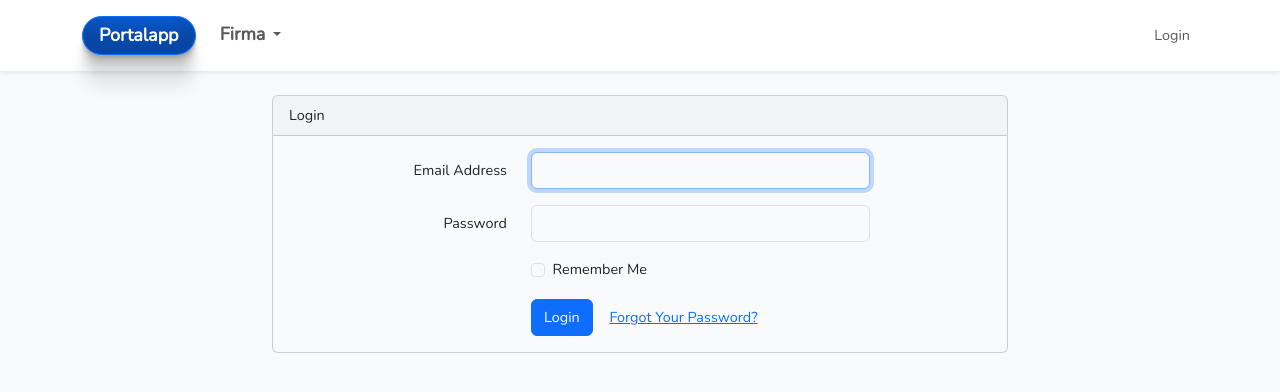
Repository: oguzhansade/portalapp
Page: http://localhost/login
An editor plug-in stored every save of this project. The page is shown before and after the next save, followed by the edit.
The browser window is 1280 px wide. The pictures show the whole page.
The page is served by the project's Laravel application, run on PHP 8.4 with Laravel 9. Other server files are loaded and not shown. Style sheets and scripts are compiled from the project's sources, by tool versions that may differ from the author's.

Above is the page before, as saved 2023-06-29 11:45:15.

### routes/web.php
<?php

use Illuminate\Support\Facades\Route;
use Illuminate\Support\Facades\Auth;

/*
|--------------------------------------------------------------------------
| Web Routes
|--------------------------------------------------------------------------
|
| Here is where you can register web routes for your application. These
| routes are loaded by the RouteServiceProvider within a group which
| contains the "web" middleware group. Now create something great!
|
*/
Route::get('/', function () {
    return view('welcome');
});
Route::get('/schnellanform', [App\Http\Controllers\front\formcraft\FormCraftController::class, 'handleSchnellanfrageForm'])->name('handleSchnellanfrageForm');
Route::get('/privatumzugform', [App\Http\Controllers\front\formcraft\FormCraftController::class, 'handlePrivatumzugForm'])->name('handlePrivatumzugForm');
Route::get('/kontaktform', [App\Http\Controllers\front\formcraft\FormCraftController::class, 'handleKontaktForm'])->name('handleKontaktForm');
Route::get('/reinigungform', [App\Http\Controllers\front\formcraft\FormCraftController::class, 'handleReinigungForm'])->name('handleReinigungForm');
Route::get('/firmenform', [App\Http\Controllers\front\formcraft\FormCraftController::class, 'handleFirmenForm'])->name('handleFirmenForm');
Route::get('/mailTester', [App\Http\Controllers\front\formcraft\FormCraftController::class, 'mailTester'])->name('mailTester');

Auth::routes(['register' => false]);

Route::group(['namespace' => 'front', 'middleware' => ['auth']], function () {
    Route::group(['namespace' => 'home', 'as' => 'home.'], function () {
        Route::get('/', [App\Http\Controllers\front\home\indexController::class, 'index'])->name('index');
    });
    Route::group(['namespace' => 'firma', 'as' => 'firma.','prefix' => 'firma'], function () {
        Route::get('/', [App\Http\Controllers\front\firma\indexController::class, 'index'])->name('index');
        Route::get('/create', [App\Http\Controllers\front\firma\indexController::class, 'create'])->name('create');
        Route::post('/create', [App\Http\Controllers\front\firma\indexController::class, 'store'])->name('store');
        Route::get('/detail/{id}', [App\Http\Controllers\front\firma\indexController::class, 'detail'])->name('detail');
        Route::get('/edit/{id}', [App\Http\Controllers\front\firma\indexController::class, 'edit'])->name('edit');
        Route::post('/edit/{id}', [App\Http\Controllers\front\firma\indexController::class, 'update'])->name('update');
        Route::get('/delete/{id}', [App\Http\Controllers\front\firma\indexController::class, 'delete'])->name('delete');
        Route::post('/data', [App\Http\Controllers\front\firma\indexController::class, 'data'])->name('data');
        Route::post('/recordData/{id}', [App\Http\Controllers\front\firma\indexController::class, 'recordData'])->name('recordData');
    });

    Route::group(['namespace' => 'offerList', 'as' => 'offerList.','prefix' => 'offerList'], function () {
        Route::get('/', [App\Http\Controllers\front\offerList\indexController::class, 'index'])->name('index');
        Route::post('/data', [App\Http\Controllers\front\offerList\indexController::class, 'data'])->name('data');
        Route::post('/statusChanger/{id}/{type}', [App\Http\Controllers\front\offerList\indexController::class, 'statusChanger'])->name('statusChanger');
        Route::get('/statusChanger/{id}/{type}', [App\Http\Controllers\front\offerList\indexController::class, 'statusChanger'])->name('statusChanger');
        Route::get('/detail/{id}/{type}', [App\Http\Controllers\front\offerList\indexController::class, 'detail'])->name('detail');

    });
});



Route::get('/home', [App\Http\Controllers\HomeController::class, 'index'])->name('home');

### resources/views/layouts/app.blade.php
<!doctype html>
<html lang="{{ str_replace('_', '-', app()->getLocale()) }}">
<head>
    <meta charset="utf-8">
    <meta name="viewport" content="width=device-width, initial-scale=1">

    <!-- CSRF Token -->
    <meta name="csrf-token" content="{{ csrf_token() }}">

    <title>{{ config('app.name', 'Laravel') }}</title>

    <!-- Fonts -->
    <link rel="dns-prefetch" href="//fonts.bunny.net">
    <link href="https://fonts.bunny.net/css?family=Nunito" rel="stylesheet">
    <link href="{{ asset('assets/vendors/material-icons/material-icons.css') }}" rel="stylesheet" type="text/css">
    <link href="{{ asset('assets/vendors/mono-social-icons/monosocialiconsfont.css') }}" rel="stylesheet" type="text/css">
    <link href="{{ asset('assets/vendors/feather-icons/feather.css') }}" rel="stylesheet" type="text/css">
    <style>
        .b-shadow {
            box-shadow: rgba(0, 0, 0, 0.17) 0px -23px 25px 0px inset, rgba(0, 0, 0, 0.15) 0px -36px 30px 0px inset, rgba(0, 0, 0, 0.1) 0px -79px 40px 0px inset, rgba(0, 0, 0, 0.06) 0px 2px 1px, rgba(0, 0, 0, 0.09) 0px 4px 2px, rgba(0, 0, 0, 0.09) 0px 8px 4px, rgba(0, 0, 0, 0.09) 0px 16px 8px, rgba(0, 0, 0, 0.09) 0px 32px 16px;
        }
        .custom-font {
            color: white;
            font-weight: 700;
        }
        .rounded-custom {
            border-radius: 35px;
        }
        a.dropdown-item:hover {
            background-color: #094AA9;
            color:white;
        }
    </style>
    <!-- Scripts -->
    @vite(['resources/sass/app.scss', 'resources/js/app.js'])
    @yield('header')
</head>
<body>
    <div id="app">
        <nav class="navbar navbar-expand-md navbar-light bg-white shadow-sm ">
            <div class="container py-2">
                <a class="btn btn-primary rounded-pill text-white navbar-brand b-shadow px-3 py-1" href="{{ url('/') }}">
                    <b>{{ config('app.name', 'Laravel') }}</b>
                </a>
                <button class="navbar-toggler" type="button" data-bs-toggle="collapse" data-bs-target="#navbarSupportedContent" aria-controls="navbarSupportedContent" aria-expanded="false" aria-label="{{ __('Toggle navigation') }}">
                    <span class="navbar-toggler-icon"></span>
                </button>

                <div class="collapse navbar-collapse " id="navbarSupportedContent">
                    <!-- Left Side Of Navbar -->
                    <ul class="navbar-nav me-auto ">
                        <li class="nav-item dropdown ml-5">
                            <a id="navbarDropdown" class="nav-link dropdown-toggle " href="#" role="button" data-bs-toggle="dropdown" aria-haspopup="true" aria-expanded="false" v-pre>
                               <strong class="h5 " style="font-weight: bolder;">Firma</strong>
                            </a>

                            <div class="dropdown-menu" aria-labelledby="navbarDropdown">
                                <a class="dropdown-item h5" href="{{ route('firma.index') }}">
                                    Firma Listesi
                                </a>
                                <a class="dropdown-item h5" href="{{ route('firma.create') }}">
                                    Firma Ekle
                                </a>
                            </div>
                        </li>
                    </ul>

                    <!-- Right Side Of Navbar -->
                    <ul class="navbar-nav ms-auto">
                        <!-- Authentication Links -->
                        @guest
                            @if (Route::has('login'))
                                <li class="nav-item">
                                    <a class="nav-link" href="{{ route('login') }}">{{ __('Login') }}</a>
                                </li>
                            @endif

                            @if (Route::has('register'))
                                <li class="nav-item">
                                    <a class="nav-link" href="{{ route('register') }}">{{ __('Register') }}</a>
                                </li>
                            @endif
                        @else
                            <li class="nav-item dropdown">
                                <a id="navbarDropdown" class="nav-link dropdown-toggle h4 px-4 py-2 bg-primary text-white b-shadow rounded-custom" href="#" role="button" data-bs-toggle="dropdown" aria-haspopup="true" aria-expanded="false" v-pre>
                                    {{ Auth::user()->name }}
                                </a>

                                <div class="dropdown-menu dropdown-menu-end" aria-labelledby="navbarDropdown">
                                    <a class="dropdown-item" href="{{ route('logout') }}"
                                       onclick="event.preventDefault();
                                                     document.getElementById('logout-form').submit();">
                                        {{ __('Logout') }}
                                    </a>

                                    <form id="logout-form" action="{{ route('logout') }}" method="POST" class="d-none">
                                        @csrf
                                    </form>
                                </div>
                            </li>
                        @endguest
                    </ul>
                </div>
            </div>
        </nav>

        <main class="py-4">
            @yield('content')
        </main>
    </div>
    <script src="https://code.jquery.com/jquery-3.6.0.min.js"></script>
    @yield('footer')
</body>
</html>

Loaded but not shown: app/Http/Controllers/Auth/ConfirmPasswordController.php (common file); app/Http/Controllers/Controller.php (common file); app/Http/Controllers/Auth/LoginController.php (common file); resources/views/auth/login.blade.php (common file); public/assets/vendors/material-icons/material-icons.css (common file); public/assets/vendors/mono-social-icons/monosocialiconsfont.css (common file); public/assets/vendors/feather-icons/feather.css (library); resources/sass/app.scss (common file); resources/sass/_variables.scss (common file)

After the next save:
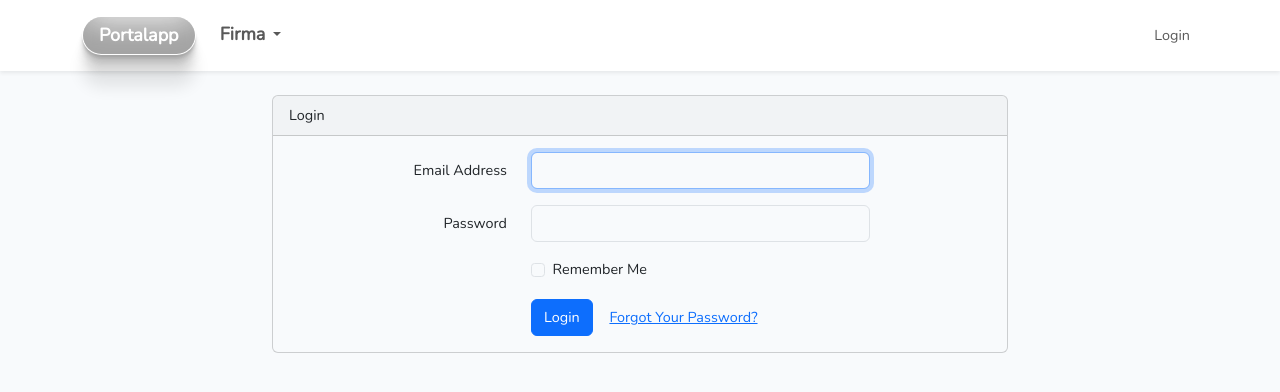
Saved 16 s later.
--- a/resources/views/layouts/app.blade.php
+++ b/resources/views/layouts/app.blade.php
@@ -39,7 +39,7 @@
     <div id="app">
         <nav class="navbar navbar-expand-md navbar-light bg-white shadow-sm ">
             <div class="container py-2">
-                <a class="btn btn-primary rounded-pill text-white navbar-brand b-shadow px-3 py-1" href="{{ url('/') }}">
+                <a class="btn  rounded-pill text-white navbar-brand b-shadow px-3 py-1" href="{{ url('/') }}">
                     <b>{{ config('app.name', 'Laravel') }}</b>
                 </a>
                 <button class="navbar-toggler" type="button" data-bs-toggle="collapse" data-bs-target="#navbarSupportedContent" aria-controls="navbarSupportedContent" aria-expanded="false" aria-label="{{ __('Toggle navigation') }}">

After the save that followed:
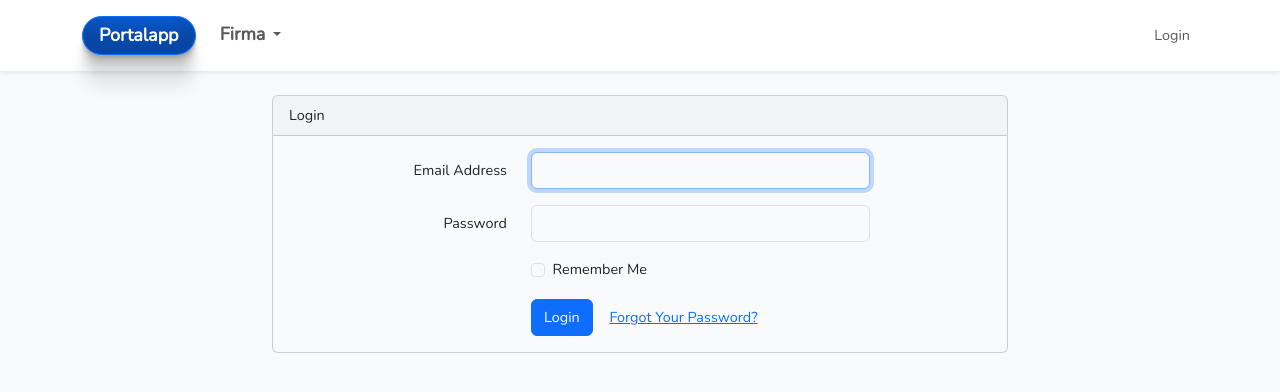
Saved 6 s later.
--- a/resources/views/layouts/app.blade.php
+++ b/resources/views/layouts/app.blade.php
@@ -39,7 +39,7 @@
     <div id="app">
         <nav class="navbar navbar-expand-md navbar-light bg-white shadow-sm ">
             <div class="container py-2">
-                <a class="btn  rounded-pill text-white navbar-brand b-shadow px-3 py-1" href="{{ url('/') }}">
+                <a class="btn btn-primary rounded-pill text-white navbar-brand b-shadow px-3 py-1" href="{{ url('/') }}">
                     <b>{{ config('app.name', 'Laravel') }}</b>
                 </a>
                 <button class="navbar-toggler" type="button" data-bs-toggle="collapse" data-bs-target="#navbarSupportedContent" aria-controls="navbarSupportedContent" aria-expanded="false" aria-label="{{ __('Toggle navigation') }}">
